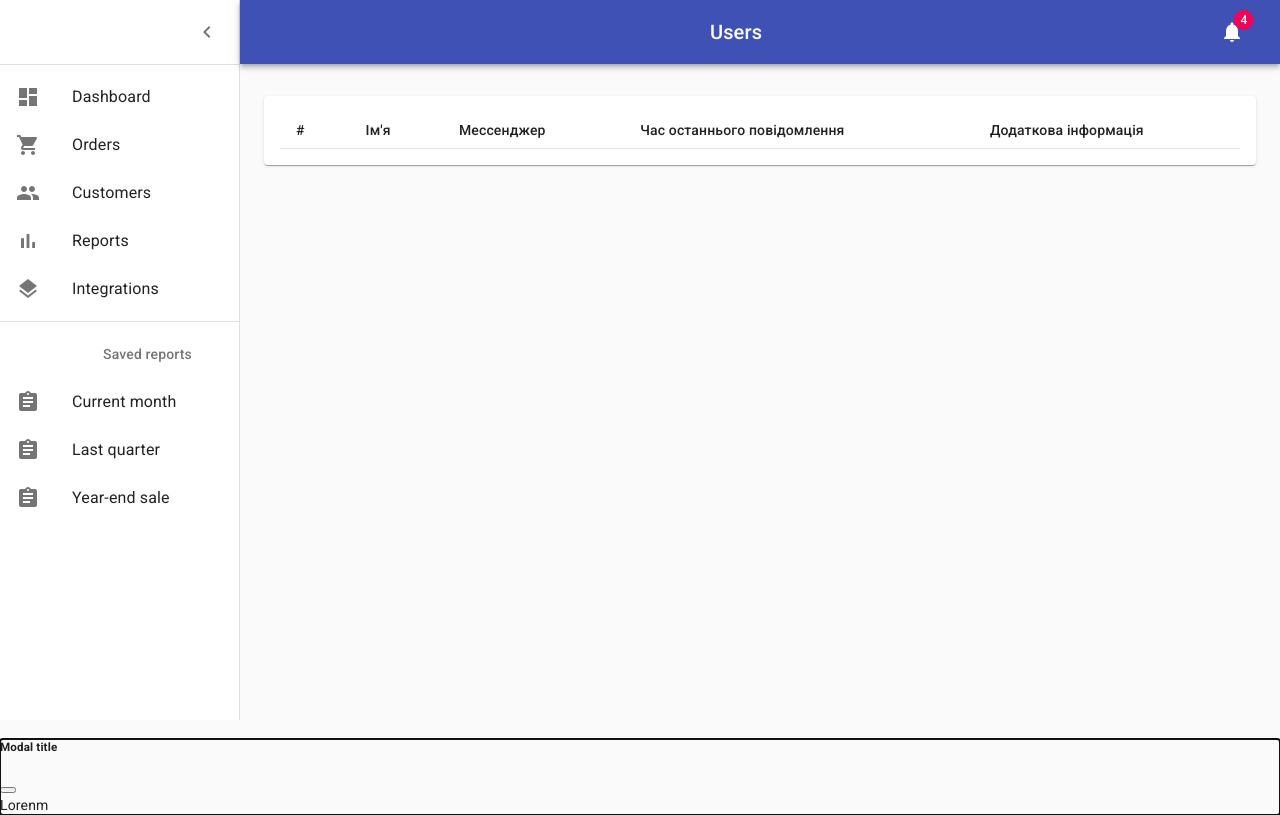
Repository: andbilous/users-task
Page: /
These files come from the project's save history. The page is drawn as it stood at one moment and after the next save; the edit follows.
The browser window is 1280 px wide. The pictures show the whole page.
The page's requests for data from a server got no answer. The project was rebuilt for these pictures with package versions that can differ from the ones it lists, and the page was loaded fresh each time. No one was signed in, and anything a server would have sent is missing.

Above is the page before, as saved 2020-05-08 11:00:09.

### src/App.js
import React from 'react';
import './App.css';
import {Users} from './pages/Users';
import { Provider } from 'react-redux';
import { store } from './redux/store';

function App() {
  return (
    <Provider store={store}>
    <div className="App">
      <Users/>
    </div>
    </Provider>
  );
}

export default App;

### src/pages/Users.js
import React,{useState,useEffect} from 'react';
import {connect} from 'react-redux';
import { makeStyles } from '@material-ui/core/styles';
import CssBaseline from '@material-ui/core/CssBaseline';
import Drawer from '@material-ui/core/Drawer';
import Box from '@material-ui/core/Box';
import Container from '@material-ui/core/Container';
import Grid from '@material-ui/core/Grid';
import Paper from '@material-ui/core/Paper';
import TableComponent from '../components/Table';
import Header from '../components/Header'
import Sidebar from '../components/Sidebar'
import {fetchUsers} from '../redux/users/user.actions';
import ModalComponent from '../components/Modal'


const drawerWidth = 240;

const useStyles = makeStyles((theme) => ({
  root: {
    display: 'flex',
  },
  toolbar: {
    paddingRight: 24, // keep right padding when drawer closed
  },
  toolbarIcon: {
    display: 'flex',
    alignItems: 'center',
    justifyContent: 'flex-end',
    padding: '0 8px',
    ...theme.mixins.toolbar,
  },
  appBar: {
    zIndex: theme.zIndex.drawer + 1,
    transition: theme.transitions.create(['width', 'margin'], {
      easing: theme.transitions.easing.sharp,
      duration: theme.transitions.duration.leavingScreen,
    }),
  },
  appBarShift: {
    marginLeft: drawerWidth,
    width: `calc(100% - ${drawerWidth}px)`,
    transition: theme.transitions.create(['width', 'margin'], {
      easing: theme.transitions.easing.sharp,
      duration: theme.transitions.duration.enteringScreen,
    }),
  },
  menuButton: {
    marginRight: 36,
  },
  menuButtonHidden: {
    display: 'none',
  },
  title: {
    flexGrow: 1,
  },
  drawerPaper: {
    position: 'relative',
    whiteSpace: 'nowrap',
    width: drawerWidth,
    transition: theme.transitions.create('width', {
      easing: theme.transitions.easing.sharp,
      duration: theme.transitions.duration.enteringScreen,
    }),
  },
  drawerPaperClose: {
    overflowX: 'hidden',
    transition: theme.transitions.create('width', {
      easing: theme.transitions.easing.sharp,
      duration: theme.transitions.duration.leavingScreen,
    }),
    width: theme.spacing(7),
    [theme.breakpoints.up('sm')]: {
      width: theme.spacing(9),
    },
  },
  appBarSpacer: theme.mixins.toolbar,
  content: {
    flexGrow: 1,
    height: '100vh',
    overflow: 'auto',
  },
  container: {
    paddingTop: theme.spacing(4),
    paddingBottom: theme.spacing(4),
  },
  paper: {
    padding: theme.spacing(2),
    display: 'flex',
    overflow: 'auto',
    flexDirection: 'column',
  },
  fixedHeight: {
    height: 240,
  },
}));

const Users = (props)=> {
    useEffect(async ()=>{
    props.fetchUsers();
  },[])
  const classes = useStyles();
  const [open, setOpen] = React.useState(true);
  const handleDrawerOpen = () => {
    setOpen(true);
  };
  const handleDrawerClose = () => {
    setOpen(false);
  };
  const [isModal, setIsModal] = useState(true)
  const toggle = () => setOpen(!open);

  return (
    <div className={classes.root}>
      <CssBaseline />
      <Header
      classes={classes}
      open={open}
      handleDrawerOpen={handleDrawerOpen}
      />
      <Sidebar
      classes={classes}
      open={open}
      handleDrawerClose={handleDrawerClose}
      />
      <main className={classes.content}>

        <div className={classes.appBarSpacer} />
        <Container maxWidth="lg" className={classes.container}>
          <Grid container spacing={3}>

            <Grid item xs={12}>
              <Paper className={classes.paper}>
              <ModalComponent open={open} toggle={toggle}/>
                <TableComponent
                users={props.users}
                />
              </Paper>
            </Grid>
          </Grid>
          <Box pt={4}>
          </Box>
        </Container>
      </main>
    </div>
  );
}
const UsersContainer = connect(
  (state) => ({
      users: state.usersReducer.users
  }), (dispatch) => ({
    fetchUsers: () => dispatch(fetchUsers()),

  })
)(Users);

export {UsersContainer as Users} ;

### src/redux/store.js
import { applyMiddleware, createStore } from 'redux';
import logger from 'redux-logger';
import thunk from 'redux-thunk';

import { rootReducer } from './rootReducer';

const middleware = [thunk, logger];

export const store = createStore(rootReducer, applyMiddleware(...middleware));

### src/components/Table.js
import React,{useState} from 'react';
import { makeStyles } from '@material-ui/core/styles';
import Table from '@material-ui/core/Table';
import TableBody from '@material-ui/core/TableBody';
import TableCell from '@material-ui/core/TableCell';
import TableHead from '@material-ui/core/TableHead';
import TableRow from '@material-ui/core/TableRow';
import {Button} from 'reactstrap'

// import ModalComponent from './Modal';
import moment from 'moment';


const useStyles = makeStyles((theme) => ({
  seeMore: {
    marginTop: theme.spacing(3),
  },
}));

const getTime=(time)=>{
  return moment(time).format('YYYY-MM-DD, HH:mm:ss')
}

const handleClick=(id)=>{
  console.log(id)
}

export default function TableComponent({users,currentUserData}) {


  return (
    <React.Fragment>
      <Table size="small">
        <TableHead>
          <TableRow>
            <TableCell>#</TableCell>
            <TableCell>Ім'я</TableCell>
            <TableCell>Мессенджер</TableCell>
            <TableCell>Час останнього повідомлення</TableCell>
            <TableCell>Додаткова інформація</TableCell>
          </TableRow>
        </TableHead>
        <TableBody>
          {users.map((row,index) => (
            <TableRow key={index}>
              <TableCell>{index+1}</TableCell>
              <TableCell>{row.name}</TableCell>
              <TableCell>{row.from}</TableCell>
              <TableCell>{getTime(row.lastMessageTime)}</TableCell>
              <TableCell>
                <Button color="primary"
              onClick={()=>{handleClick(row.id)}}
              >Заказ</Button>
              </TableCell>
            </TableRow>
          ))}
        </TableBody>
      </Table>

    </React.Fragment>
  );
}

### src/components/Header.js
import React from 'react';
import clsx from 'clsx';
import AppBar from '@material-ui/core/AppBar';
import Toolbar from '@material-ui/core/Toolbar';
import Typography from '@material-ui/core/Typography';
import IconButton from '@material-ui/core/IconButton';
import Badge from '@material-ui/core/Badge';
import MenuIcon from '@material-ui/icons/Menu';
import NotificationsIcon from '@material-ui/icons/Notifications';
import { mainListItems, secondaryListItems } from '../components/listItems';
import TableComponent from '../components/Table';



 const Header = ({classes,open,handleDrawerOpen}) => {
  return (
    <AppBar position="absolute" className={clsx(classes.appBar, open && classes.appBarShift)}>
        <Toolbar className={classes.toolbar}>
          <IconButton
            edge="start"
            color="inherit"
            aria-label="open drawer"
            onClick={handleDrawerOpen}
            className={clsx(classes.menuButton, open && classes.menuButtonHidden)}
          >
            <MenuIcon />
          </IconButton>
          <Typography component="h1" variant="h6" color="inherit" noWrap className={classes.title}>
            Users
          </Typography>
          <IconButton color="inherit">
            <Badge badgeContent={4} color="secondary">
              <NotificationsIcon />
            </Badge>
          </IconButton>
        </Toolbar>
      </AppBar>
  )
}

export default Header;

### src/components/Sidebar.js
import React from 'react';
import {connect} from 'react-redux';
import clsx from 'clsx';
import { makeStyles } from '@material-ui/core/styles';
import CssBaseline from '@material-ui/core/CssBaseline';
import Drawer from '@material-ui/core/Drawer';
import Box from '@material-ui/core/Box';
import AppBar from '@material-ui/core/AppBar';
import Toolbar from '@material-ui/core/Toolbar';
import List from '@material-ui/core/List';
import Typography from '@material-ui/core/Typography';
import Divider from '@material-ui/core/Divider';
import IconButton from '@material-ui/core/IconButton';
import Badge from '@material-ui/core/Badge';
import Container from '@material-ui/core/Container';
import Grid from '@material-ui/core/Grid';
import Paper from '@material-ui/core/Paper';
import MenuIcon from '@material-ui/icons/Menu';
import ChevronLeftIcon from '@material-ui/icons/ChevronLeft';
import NotificationsIcon from '@material-ui/icons/Notifications';
import { mainListItems, secondaryListItems } from '../components/listItems';

 const Sidebar = ({classes,open,handleDrawerClose}) => {
  return (
    <Drawer
        variant="permanent"
        classes={{
          paper: clsx(classes.drawerPaper, !open && classes.drawerPaperClose),
        }}
        open={open}
      >
        <div className={classes.toolbarIcon}>
          <IconButton onClick={handleDrawerClose}>
            <ChevronLeftIcon />
          </IconButton>
        </div>
        <Divider />
        <List>{mainListItems}</List>
        <Divider />
        <List>{secondaryListItems}</List>
      </Drawer>
  )
}
export default Sidebar;

### src/redux/users/user.actions.js
import types from './users.types';
import usersAPI from '../../API/users.api';


export const fetchUsers = () => async (dispatch) => {
  dispatch(fetchUsersStart());
  try{
    const res = await usersAPI.getUsers();
    if(res.data){
      dispatch(fetchUsersSuccess(res.data))
    }else{
      dispatch(fetchUsersFailure('error'))
    }
  }catch(e){
    dispatch(fetchUsersFailure('error'))
  }
};


const fetchUsersStart = () => ({
  type: types.FETCH_USERS_START
});

const fetchUsersSuccess = (data) => ({
  type: types.FETCH_USERS_SUCCESS,
  payload: data
});

const fetchUsersFailure = (error) => ({
  type: types.FETCH_USERS_FAILURE,
  payload: error
});

### src/components/Modal.js
import React from 'react';
// import {ModalHeader,ModalBody,Modal,Row,Col,Card} from 'reactstrap';
import {Row,Col,Card,CardBody,Modal,ModalBody,ModalHeader} from 'reactstrap';



 const ModalComponent = ({classes,open,handleDrawerOpen,toggle}) => {
  return (
    <Row>
      <Col>
      <Card>
        <CardBody>
        <Modal isOpen={open} toggle={toggle}>
    <ModalHeader toggle={toggle}>Modal title</ModalHeader>
    <ModalBody>
      Lorenm
    </ModalBody>
  </Modal>
        </CardBody>
      </Card>
      </Col>
    </Row>


  )
}

export default ModalComponent;

### src/redux/rootReducer.js
import { combineReducers } from 'redux';
import usersReducer  from './users/users.reducer';

export const rootReducer = combineReducers({
  usersReducer
});

### src/components/listItems.js
import React from 'react';
import ListItem from '@material-ui/core/ListItem';
import ListItemIcon from '@material-ui/core/ListItemIcon';
import ListItemText from '@material-ui/core/ListItemText';
import ListSubheader from '@material-ui/core/ListSubheader';
import DashboardIcon from '@material-ui/icons/Dashboard';
import ShoppingCartIcon from '@material-ui/icons/ShoppingCart';
import PeopleIcon from '@material-ui/icons/People';
import BarChartIcon from '@material-ui/icons/BarChart';
import LayersIcon from '@material-ui/icons/Layers';
import AssignmentIcon from '@material-ui/icons/Assignment';

export const mainListItems = (
  <div>
    <ListItem button>
      <ListItemIcon>
        <DashboardIcon />
      </ListItemIcon>
      <ListItemText primary="Dashboard" />
    </ListItem>
    <ListItem button>
      <ListItemIcon>
        <ShoppingCartIcon />
      </ListItemIcon>
      <ListItemText primary="Orders" />
    </ListItem>
    <ListItem button>
      <ListItemIcon>
        <PeopleIcon />
      </ListItemIcon>
      <ListItemText primary="Customers" />
    </ListItem>
    <ListItem button>
      <ListItemIcon>
        <BarChartIcon />
      </ListItemIcon>
      <ListItemText primary="Reports" />
    </ListItem>
    <ListItem button>
      <ListItemIcon>
        <LayersIcon />
      </ListItemIcon>
      <ListItemText primary="Integrations" />
    </ListItem>
  </div>
);

export const secondaryListItems = (
  <div>
    <ListSubheader inset>Saved reports</ListSubheader>
    <ListItem button>
      <ListItemIcon>
        <AssignmentIcon />
      </ListItemIcon>
      <ListItemText primary="Current month" />
    </ListItem>
    <ListItem button>
      <ListItemIcon>
        <AssignmentIcon />
      </ListItemIcon>
      <ListItemText primary="Last quarter" />
    </ListItem>
    <ListItem button>
      <ListItemIcon>
        <AssignmentIcon />
      </ListItemIcon>
      <ListItemText primary="Year-end sale" />
    </ListItem>
  </div>
);

### src/redux/users/users.types.js
const types = {
  FETCH_USERS_START:'FETCH_USERS_START',
  FETCH_USERS_SUCCESS:'FETCH_USERS_SUCCESS',
  FETCH_USERS_FAILURE:'FETCH_USERS_FAILURE',
}

export default types;

### src/API/users.api.js
import axios from 'axios';

import {BASE_URL,token} from './config';


const usersAPI = {
    getUsers:  async () => {
        return  await axios.get(`${BASE_URL}/accounts?limit=50&offset=0`,
            {
                headers: {
                    "X-Leeloo-AuthToken" : token,
                    'Content-Type': 'application/json',
                } })
            .then(function (response) {
                return response.data;
            })
            .catch(function (error) {
                console.log(error);
            });
    },
    getUser : async (data) =>{
        const token = localStorage.getItem('token');

        return  await fetch(`${BASE_URL}/aircraft`, {
            method: 'POST', // *GET, POST, PUT, DELETE, etc.
            mode: 'cors', // no-cors, *cors, same-origin
            cache: 'no-cache', // *default, no-cache, reload, force-cache, only-if-cached
            credentials: 'same-origin', // include, *same-origin, omit
            headers: {
                'Content-Type': 'application/json',
                "Authorization" : `Bearer ${token}`,
            },
            redirect: 'follow', // manual, *follow, error
            referrerPolicy: 'no-referrer', // no-referrer, *client
            body: JSON.stringify(data) // body data type must match "Content-Type" header
        }).then((response) => {
            return response.json();
        })
            .then((data) => {
                return  data;
            });

    },
};

export default usersAPI;

### src/redux/users/users.reducer.js
import types from './users.types';


const initialValues = {
    users: [],
    isLoading:false,
};

const usersReducer = (state = initialValues, {type, payload}) => {
    switch (type) {
        case types.FETCH_USERS_START:
            return {
                ...state,
                isLoading:true,
            };
        case types.FETCH_USERS_SUCCESS:
            return {
                ...state,
                isLoading: false,
                users: payload,
            };
        case types.FETCH_USERS_FAILURE:
            return {
                ...state,
                isLoading: true,
            };
            default:
              return state
}};


export default usersReducer;

### src/API/config.js
export const BASE_URL =  'https://api.leeloo.ai/api/v1';
export const token = 'cmpc3hcajyh3e5ksz6xho9t77flp4pesa300js9y8w9v6xptzj0vlk0halesk27hgqslukjxpepzkmaz6jpfj8zw0x5fwsajezvb';

Loaded but not shown: public/index.html (common file); src/index.js (common file); src/index.css (common file); src/serviceWorker.js (common file); src/App.css (common file)

After the next save:
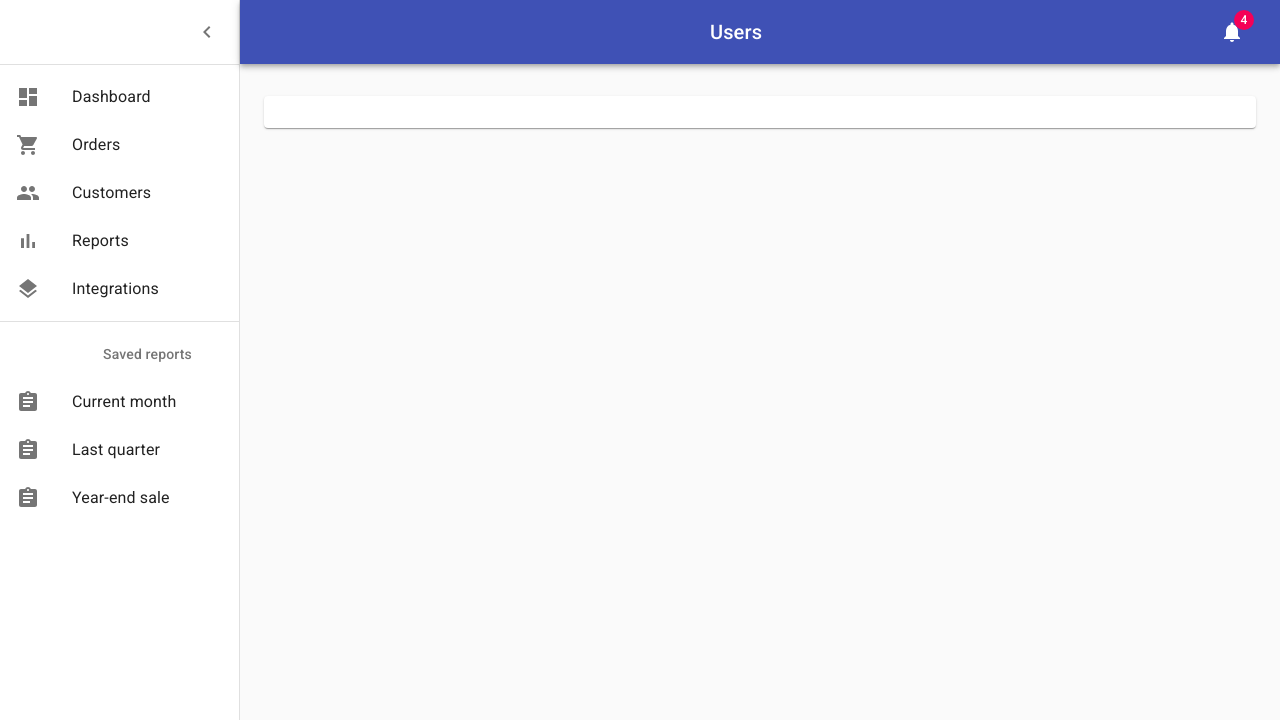
Saved 32 min 55 s later.
--- a/src/pages/Users.js
+++ b/src/pages/Users.js
@@ -131,10 +131,7 @@
 
             <Grid item xs={12}>
               <Paper className={classes.paper}>
-              <ModalComponent open={open} toggle={toggle}/>
-                <TableComponent
-                users={props.users}
-                />
+
               </Paper>
             </Grid>
           </Grid>

After the save that followed:
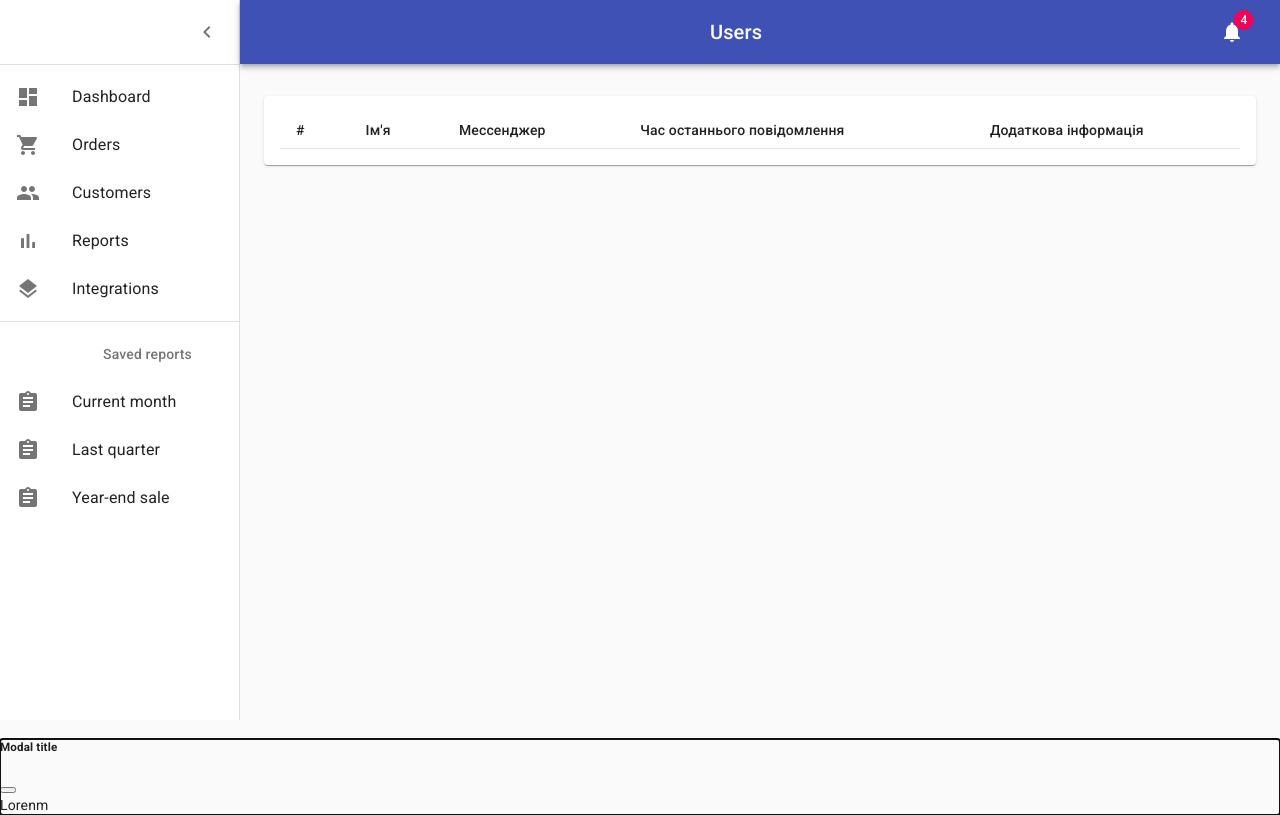
Saved 15 s later.
--- a/src/pages/Users.js
+++ b/src/pages/Users.js
@@ -131,7 +131,10 @@
 
             <Grid item xs={12}>
               <Paper className={classes.paper}>
-
+              <ModalComponent open={open} toggle={toggle}/>
+                <TableComponent
+                users={props.users}
+                />
               </Paper>
             </Grid>
           </Grid>
